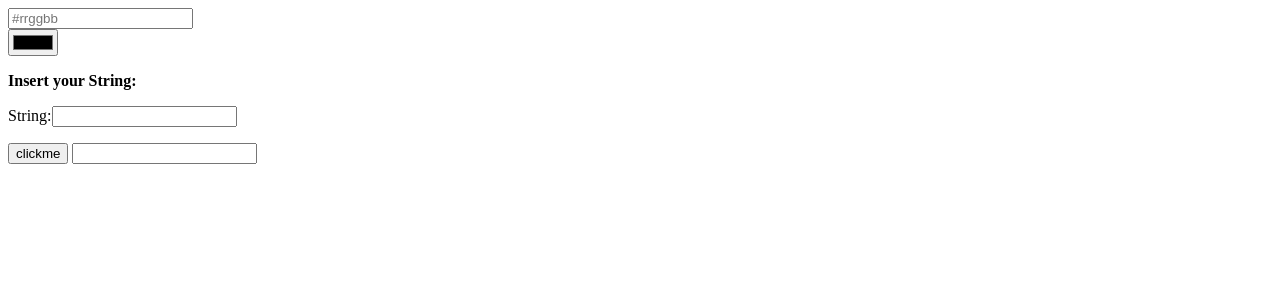
Repository: Micheal11/ReverseStringAssignment
Page: src/MyWidget/widget/template/MyWidget.html
The author's editor kept a copy of each file at every save. The page is drawn from the files as they stood at one save, then again after the next save.
The browser window is 1280 px wide. The pictures show the whole page.

Above is the page before, as saved 2017-07-14 10:30:47.

After the next save:
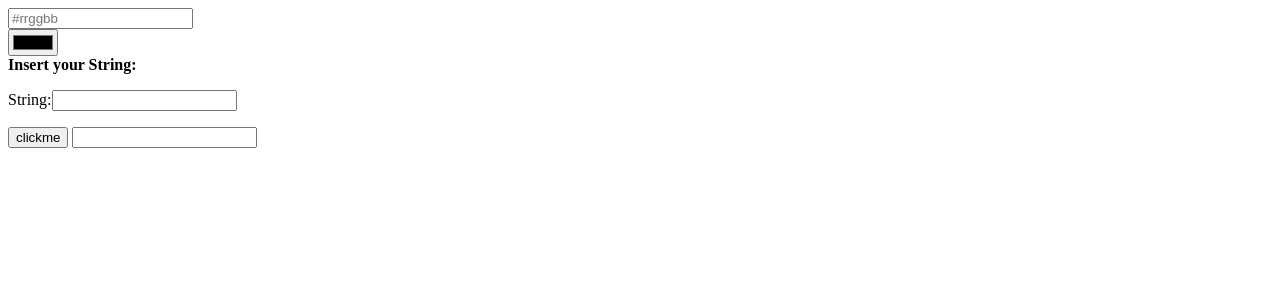
Saved 3 min 23 s later.
--- a/src/MyWidget/widget/template/MyWidget.html
+++ b/src/MyWidget/widget/template/MyWidget.html
@@ -4,15 +4,14 @@
             <input type="text" class="form-control" placeholder="#rrggbb" data-dojo-attach-point="colorInputNode">
             <div class="input-group-addon"><input type="color" data-dojo-attach-point="colorSelectNode"></div>
         </div>
-    </form>
-     <form action = "#" id ="insertString" >
-            <div>
+          <div>
                 <div class="insertString" data-dojo-attach-point="str">
                 <b>Insert your String:</b>
                 <p>String:<input type="text"  name="myString" id="myString"></p>
                 <button type="button" data-dojo-attach-event = "onClick: reversedString">clickme</button>
                 <input type="text" data-dojo-attach-point="ss">
             </div>
-        </form>
+    </form>
+
     <div class="widgetname-infoTextNode" data-dojo-attach-point="infoTextNode" />
 </div>
